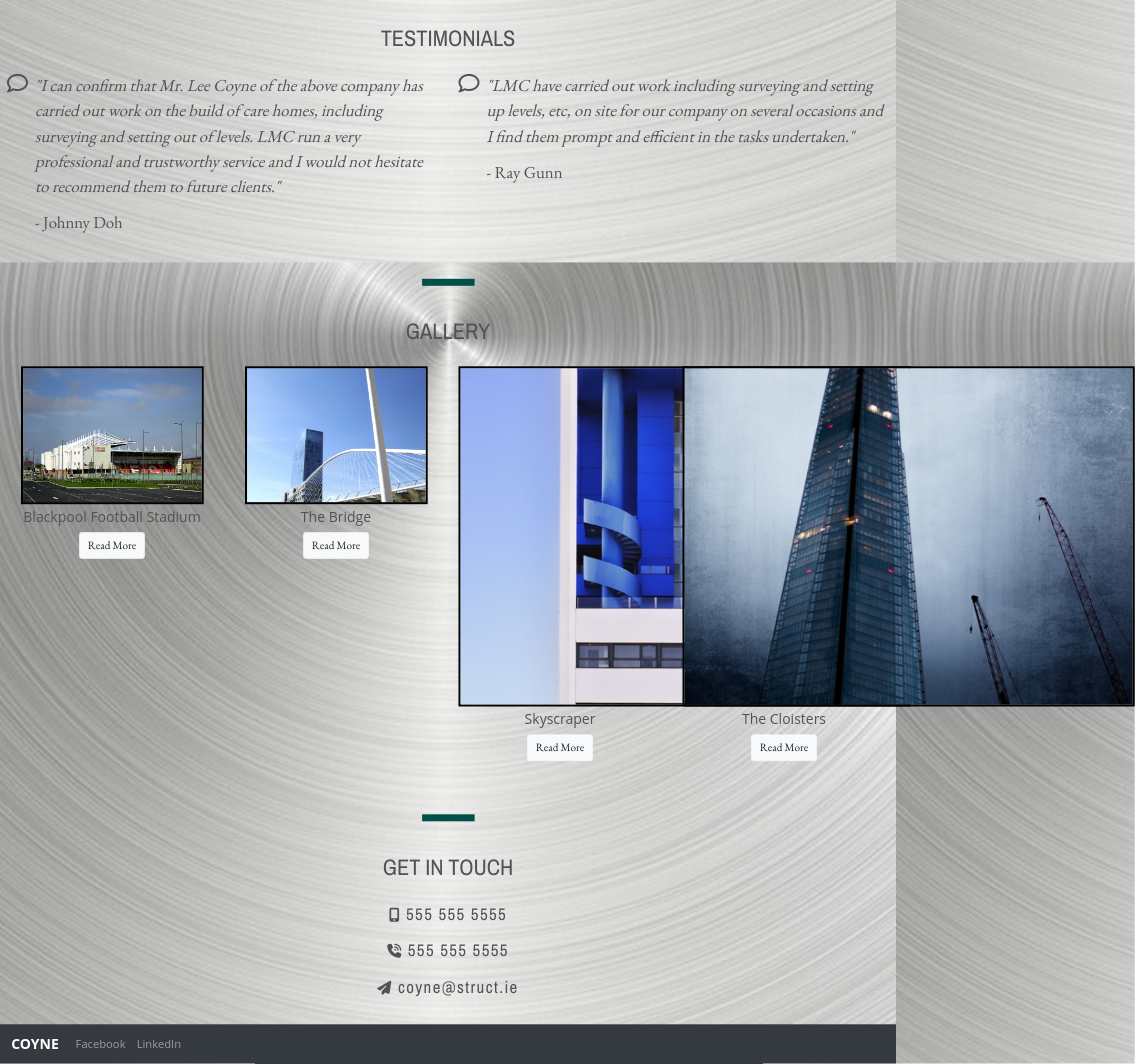
Repository: Leo-Cullen/first-milestone-project
Page: index.html
The author's editor kept a record of every edit. The page is drawn from the files as they stood at one moment, then again after the next edit.
The browser window is 1280 px wide. The page is 1621 px wide, so the pictures cover 1621 px, including what lies to the right of the window. The pictures show the part of the page from y = 1435 to 2955 px (the page is 2955 px tall), at 70% of full size.
Backgrounds fixed to the window are drawn as part of the page. Some web libraries are served in a nearby version.

Above is the page before.

### index.html
<!DOCTYPE html>
<html lang="en">

<head>
    <meta charset="UTF-8">
    <meta name="viewport" content="width=device-width, initial-scale=1.0">
    <meta http-equiv="X-UA-Compatible" content="ie=edge">
    <link rel="stylesheet" href="https://stackpath.bootstrapcdn.com/bootstrap/4.3.1/css/bootstrap.min.css" integrity="sha384-ggOyR0iXCbMQv3Xipma34MD+dH/1fQ784/j6cY/iJTQUOhcWr7x9JvoRxT2MZw1T" crossorigin="anonymous">
    <link href="https://fonts.googleapis.com/css?family=Archivo+Narrow|EB+Garamond&display=swap" rel="stylesheet">
    <link rel="stylesheet" href="assets/css/style.css" type="text/css" />
    <title>Coyne | Surveying and setting out services</title>
    <script src="https://kit.fontawesome.com/c525f812d6.js"></script>
</head>

<body>

    <nav class="navbar top-navbar navbar-expand-sm navbar-dark bg-dark fixed-top">
        <a class="navbar-brand" href="#"> COYNE </a>
        <button class="navbar-toggler" type="button" data-toggle="collapse" data-target="#navbarNav" aria-controls="navbarNav" aria-expanded="false" aria-label="Toggle navigation">
            <span class="navbar-toggler-icon"></span>
        </button>
        <div class="collapse navbar-collapse" id="navbarNav">
            <ul class="navbar-nav mr-auto">
                <li class="nav-item active">
                    <a class="active nav-link mr-2" href="#">Home <span class="sr-only">(current)</span></a>
                </li>
                <li class="nav-item mr-2">
                    <a class="nav-link" href="#about">About</a>
                </li>
                <li class="nav-item mr-2">
                    <a class="nav-link" href="#testimonials">Testimonials</a>
                </li>
                <li class="nav-item mr-2">
                    <a class="nav-link" href="#gallery-anchor">Gallery</a>
                </li>
                <li class="nav-item mr-2">
                    <a class="nav-link" href="#contact">Contact</a>
                </li>
            </ul>
            <div class="d-none d-md-block">
                <p class="navbar-text my-auto mr-2"><i>Because success is built on strong foundations.</i></p>
            </div>
        </div>
    </nav>

    <div class="container-fluid  splash-container">
        <div class="row">
            <div class="col-12">
                <section class="splash jumbotron">
                    <img src="assets/images/coyne-logo.png" width="100%" height="100%" style="margin-top:100px" />
                    <!--  -->
                </section>
            </div>
        </div>
    </div>

    <div class="container-fluid about-container content-container">
        <!-- About section -->
        <hr id="about" />
        <section class="about-section">
            <div class="row">
                <div class="col-12 page-header">
                    <h2 class="text-uppercase section-heading">About</h2>
                </div>
            </div>
            <div class="row">
                <div class="col-12 col-md-6 col-lg-4">
                    <div class="about-col">
                        <h3 class="about-heading">Who are we?</h3>
                        <p>Established in 2006 in the British Midlands as LMC Solutions LTD, we are a small but thriving company. Our three engineers have thirty years of combined experience.</p>
                        <p>We pride ourselves on providing the highest levels of quality and service. Always willing to go the extra mile with competitive prices, our excellent references and full insuarance guarantee your peace of mind.</p>
                    </div>
                </div>
                <div class="col-12 col-md-6 col-lg-4">
                    <div class="about-col">
                        <h3 class="about-heading">What do we do?</h3>
                        <p>Projects that we have worked on range from individual houses to complex steel frame structures, pedestrian schemes, highways, concrete buildings, roads, car parks, sewage plants, schools and an athletics ground.</p>
                    </div>
                </div>
                <div class="col-12 col-md-6 col-lg-4">
                    <div class="about-col">
                        <h3 class="about-heading">How do we do it?</h3>
                        <p>We use Leica robotic survey equipment to collect, process and edit survey information. Together with our CAD expertise we can supply information in AutoCAD and other major formats.</p>
                        <p>Accuracy is paramount to us. Therefore, our strict quality quality assurance procedures ensure effective checking systems are in place at all stages of the production process.</p>
                    </div>
                </div>
            </div>
        </section>
        <!-- / About section -->
    </div>
    <!-- / About container -->

    <div class="container-fluid testimonials-container content-container">
        <!-- Testimonials section -->
        <hr id="testimonials" />
        <section class="testimonials">
            <div class="row">
                <div class="col-12 page-header">
                    <h2 class="text-uppercase section-heading">Testimonials</h2>
                </div>
            </div>
            <div class="row">
                <div class="col-12 col-md-6">
                    <div class="media">
                        <i class="far fa-comment" class="mr-3"></i>
                        <blockquote class="blockquote">
                            <p class="quote">"I can confirm that Mr. Lee Coyne of the above company has carried out work on the build of care homes, including surveying and setting out of levels. LMC run a very professional and trustworthy service and I would not hesitate
                                to recommend them to future clients."</p>
                            <p>- Johnny Doh</p>
                        </blockquote>
                    </div>
                </div>
                <div class="col-12 col-md-6">
                    <div class="media">
                        <i class="far fa-comment" class="mr-3"></i>
                        <blockquote class="blockquote">
                            <p class="quote">"LMC have carried out work including surveying and setting up levels, etc, on site for our company on several occasions and I find them prompt and efficient in the tasks undertaken."</p>
                            <p>- Ray Gunn</p>
                        </blockquote>
                    </div>
                </div>
            </div>
        </section>
        <!-- / Testimonials section -->
    </div>
    <!-- / Testimonials container -->

    <!-- Gallery container -->
    <div class="container-fluid gallery-container content-container">
        <hr id="gallery-anchor" />
        <section class="gallery">
            <div class="row">
                <div class="col-12 page-header">
                    <h2 class="text-uppercase section-heading">Gallery</h2>
                </div>
            </div>
            <div class="row">
                <div class="col-md-6 col-xl-3">
                    <img class="img-responsive" src="assets/images/blackpool-fc.jpg" />
                    <h5>Blackpool Football Stadium</h5>
                    <p><a class="btn btn-small btn-light" href="#">Read More</a></p>
                </div>
                <div class="col-md-6 col-xl-3">
                    <img class="img-responsive" src="assets/images/bridge-640x480.jpg" />
                    <h5>The Bridge</h5>
                    <p><a class="btn btn-small btn-light" href="#">Read More</a></p>
                </div>
                <div class="col-md-6 col-xl-3">
                    <img src="assets/images/appartments-640x480.jpg" />
                    <h5>Skyscraper</h5>
                    <p><a class="btn btn-small btn-light" href="#">Read More</a></p>
                </div>
                <div class="col-md-6 col-xl-3">
                    <img src="assets/images/skyscraper-640x480.jpg" />
                    <h5>The Cloisters</h5>
                    <p><a class="btn btn-small btn-light" href="#">Read More</a></p>
                </div>
            </div>
        </section>
    </div>
    <!-- / Gallery container -->

    <!-- Contact container -->
    <div class="container-fluid contact-container content-container">
        <hr id="contact" />
        <section class="contact">
            <div class="row">
                <div class="col-12 page-header">
                    <h2 class="text-uppercase section-heading">Get in Touch</h2>
                    <p><i class="fas fa-mobile-alt"></i> 555 555 5555</p>
                    <p><i class="fas fa-phone-volume"></i> 555 555 5555</p>
                    <p><i class="fas fa-paper-plane"></i> coyne@struct.ie</p>
                </div>
            </div>
        </section>
    </div>
    <!-- / Contact container -->

    <!-- Footer -->
    <nav class="navbar navbar-expand-sm navbar-dark bg-dark">
        <a class="navbar-brand" href="#">COYNE</a>

        <ul class="navbar-nav mr-auto">
            <li class="nav-item">
                <a class="nav-link" href="#">Facebook</a>
            </li>
            <li class="nav-item">
                <a class="nav-link" href="#">LinkedIn</a>
            </li>
            <li class="nav-item">
                <a class="nav-link disabled" href="#"></a>
            </li>
        </ul>
    </nav>
    <!-- / Footer -->

    <script src="https://code.jquery.com/jquery-3.3.1.slim.min.js" integrity="sha384-q8i/X+965DzO0rT7abK41JStQIAqVgRVzpbzo5smXKp4YfRvH+8abtTE1Pi6jizo" crossorigin="anonymous"></script>
    <script src="https://cdnjs.cloudflare.com/ajax/libs/popper.js/1.14.7/umd/popper.min.js" integrity="sha384-UO2eT0CpHqdSJQ6hJty5KVphtPhzWj9WO1clHTMGa3JDZwrnQq4sF86dIHNDz0W1" crossorigin="anonymous"></script>
    <script src="https://stackpath.bootstrapcdn.com/bootstrap/4.3.1/js/bootstrap.min.js" integrity="sha384-JjSmVgyd0p3pXB1rRibZUAYoIIy6OrQ6VrjIEaFf/nJGzIxFDsf4x0xIM+B07jRM" crossorigin="anonymous"></script>

</body>

</html>

### assets/css/style.css
body {
    color: #525252;
    /* background-color: #E3E0DF;   light gray */
    font-family: "Open Sans", sans-serif;
    background: url(../images/metal-background.jpg) no-repeat center center fixed;
    -webkit-background-size: cover;
    -moz-background-size: cover;
    -o-background-size: cover;
    background-size: cover;

}

h1,h2,h3 {
    font-family: 'Archivo Narrow', sans-serif;
}

p {
    font-family: 'EB Garamond', serif;
    font-size: x-large;
}

.navbar-brand {
    font-weight: bold;
}

.top-navbar a {
    font-weight: bold;
}

.page-header {
    margin-top: 0;
    margin-bottom: 0;
    text-align: center;
}

.page-header h2 {
    margin-top: 30px;
    margin-bottom: 30px;
}

hr {
    width: 75px;
    height: 10px;
    border: 0;
    background-color: #005048; /* dark green */
}

.section-heading {
    text-align: center;
}

.content-container {
    margin-bottom: 20px;
}

.splash-container {
     height: 100vh;
    <!-- background: url(../images/building-site-trans.png) no-repeat bottom right fixed; -->
    -webkit-background-size: cover;
    -moz-background-size: cover;
    -o-background-size: cover;
    background-size: cover;
    display: flex;
    align-items: center;
    justify-content: center;
    position: relative;
}


.jumbotron {
    background-color: transparent;
}

.about-container {
    padding: 10px;
}

.about-col {
    padding-top: 20px;
    padding-right: 20px;
}

.about-heading {
    text-align: center;
}

.about-col p {
    text-align: justify;
}

.testimonials-container {
    margin-top: 20px;
    padding: 10px;
}

.quote {
    font-style: italic;
}

.testimonials i {
    font-size: 30px;
    margin-right: 10px;
}

.gallery-container {
    text-align: center;
}

.gallery-container img {
    border: solid 3px #000;
}

.gallery-container h5 {
    padding-top: 6px;
}

.gallery-container p {
    margin-bottom: 30px;
}

.contact-container {
    padding: 10px;
    text-align: center;
    padding-bottom: 0;
}

.img-responsive {
    max-width: 90%;
}

.contact-container i {
    font-size: 20px;
}

.contact-container p {
    font-family: 'Archivo Narrow', sans-serif;
    font-size: 24px;
    letter-spacing: 2px;
}

After the next edit:
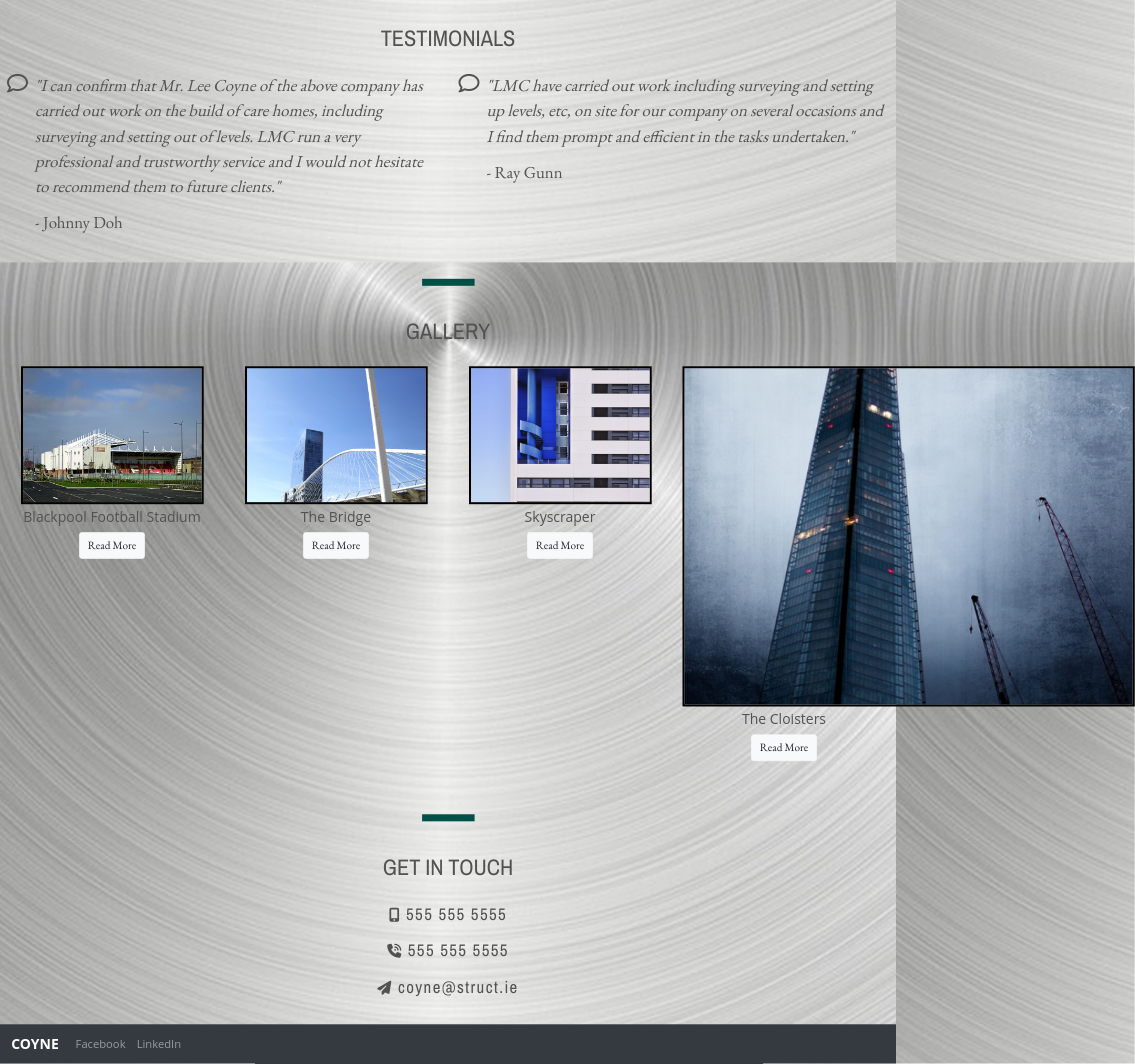
The edit:
--- a/index.html
+++ b/index.html
@@ -146,7 +146,7 @@
                     <p><a class="btn btn-small btn-light" href="#">Read More</a></p>
                 </div>
                 <div class="col-md-6 col-xl-3">
-                    <img src="assets/images/appartments-640x480.jpg" />
+                    <img class="img-responsive" src="assets/images/appartments-640x480.jpg" />
                     <h5>Skyscraper</h5>
                     <p><a class="btn btn-small btn-light" href="#">Read More</a></p>
                 </div>
